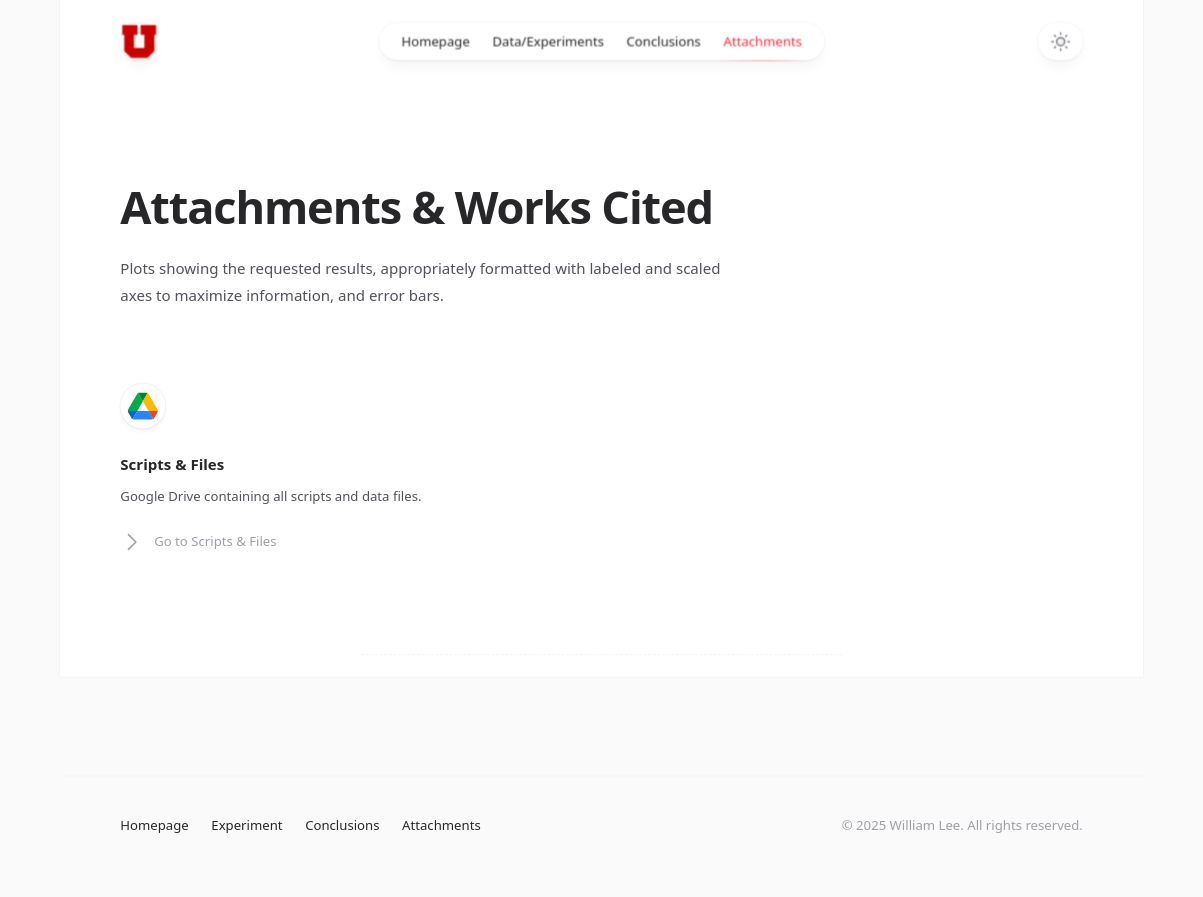
Repository: willwlee/chen3701
Page: /contact
These files come from the project's save history. The page is drawn as it stood at one moment and after a run of saves; the edit follows.
The browser window is 1280 px wide. The pictures show the whole page, at 94% of full size.
The page's requests for data from a server got no answer. The project was rebuilt for these pictures with package versions that can differ from the ones it lists, and the page was loaded fresh each time. The framework's server and built-in components were replaced by stand-ins that run in the browser. No one was signed in, and anything a server would have sent is missing. Also part of the build but not shown: next.config.mjs.

Above is the page before, as saved 2025-08-25 02:46:39.

### src/app/layout.tsx
import { type Metadata } from 'next'

import { Providers } from '@/app/providers'
import { Layout } from '@/components/Layout'

import '@/styles/tailwind.css'

export const metadata: Metadata = {
  title: {
    template: '%s - CH EN 3701',
    default:
      'Mon-8 CH EN 3701',
  },
  description:
    'I’m Sathya Tadinada, a software developer and college student based in Salt Lake City. I’m excited to grow my skills in the tech field and make a positive impact through my work.',
  alternates: {
    types: {
      'application/rss+xml': `${process.env.NEXT_PUBLIC_SITE_URL}/feed.xml`,
    },
  },
}

export default function RootLayout({
  children,
}: {
  children: React.ReactNode
}) {
  return (
    <html lang="en" className="h-full antialiased" suppressHydrationWarning>
      <meta name='theme-color'></meta>
      <body className="flex h-full bg-zinc-50 dark:bg-black">
        <Providers>
          <div className="flex w-full">
            <Layout>{children}</Layout>
          </div>
        </Providers>
      </body>
    </html>
  )
}

### src/app/contact/page.tsx
import { type Metadata } from 'next'
import Image from 'next/image'

import { Card } from '@/components/Card'
import { SimpleLayout } from '@/components/SimpleLayout'

import logoGithub from '@/images/logos/github.svg'
import logoX from '@/images/logos/x.svg'
import logoInstagram from '@/images/logos/instagram.svg'
import logoMastodon from '@/images/logos/mastodon.svg'

import logoDrive from '@/images/logos/drive.svg'

function DashedDivider({ padding }: { padding: number }) {
  if (padding === 0) {
    return (
      <ul className="grid grid-cols-1 sm:grid-cols-1 lg:grid-cols-1">
        <div className="border-dashed border-t border-zinc-100 dark:border-zinc-700/40 mt-8"></div>
      </ul>
    )
  } else if (padding === 4) {
    return (
      <ul className="grid grid-cols-4 sm:grid-cols-4 lg:grid-cols-4">
        <div></div>
        <div className="border-dashed border-t border-zinc-100 dark:border-zinc-700/40 mt-4"></div>
        <div className="border-dashed border-t border-zinc-100 dark:border-zinc-700/40 mt-4"></div>
        <div></div>
      </ul>
    )
  } else if (padding === 6) {
    return (
      <ul className="grid grid-cols-4 sm:grid-cols-4 lg:grid-cols-4">
        <div></div>
        <div className="border-dashed border-t border-zinc-100 dark:border-zinc-700/40 mt-6"></div>
        <div className="border-dashed border-t border-zinc-100 dark:border-zinc-700/40 mt-6"></div>
        <div></div>
      </ul>
    )
  } else if (padding === 8) {
    return (
      <ul className="grid grid-cols-4 sm:grid-cols-4 lg:grid-cols-4">
        <div></div>
        <div className="border-dashed border-t border-zinc-100 dark:border-zinc-700/40 mt-8"></div>
        <div className="border-dashed border-t border-zinc-100 dark:border-zinc-700/40 mt-8"></div>
        <div></div>
      </ul>
    )
  } else {
    return (
      <ul className="grid grid-cols-4 sm:grid-cols-4 lg:grid-cols-4">
        <div></div>
        <div className="border-dashed border-t border-zinc-100 dark:border-zinc-700/40 mt-12"></div>
        <div className="border-dashed border-t border-zinc-100 dark:border-zinc-700/40 mt-12"></div>
        <div></div>
      </ul>
    )
  }
}

function LinkIcon(props: React.ComponentPropsWithoutRef<'svg'>) {
  return (
    <svg viewBox="0 0 24 24" aria-hidden="true" {...props}>
      <path
        d="M15.712 11.823a.75.75 0 1 0 1.06 1.06l-1.06-1.06Zm-4.95 1.768a.75.75 0 0 0 1.06-1.06l-1.06 1.06Zm-2.475-1.414a.75.75 0 1 0-1.06-1.06l1.06 1.06Zm4.95-1.768a.75.75 0 1 0-1.06 1.06l1.06-1.06Zm3.359.53-.884.884 1.06 1.06.885-.883-1.061-1.06Zm-4.95-2.12 1.414-1.415L12 6.344l-1.415 1.413 1.061 1.061Zm0 3.535a2.5 2.5 0 0 1 0-3.536l-1.06-1.06a4 4 0 0 0 0 5.656l1.06-1.06Zm4.95-4.95a2.5 2.5 0 0 1 0 3.535L17.656 12a4 4 0 0 0 0-5.657l-1.06 1.06Zm1.06-1.06a4 4 0 0 0-5.656 0l1.06 1.06a2.5 2.5 0 0 1 3.536 0l1.06-1.06Zm-7.07 7.07.176.177 1.06-1.06-.176-.177-1.06 1.06Zm-3.183-.353.884-.884-1.06-1.06-.884.883 1.06 1.06Zm4.95 2.121-1.414 1.414 1.06 1.06 1.415-1.413-1.06-1.061Zm0-3.536a2.5 2.5 0 0 1 0 3.536l1.06 1.06a4 4 0 0 0 0-5.656l-1.06 1.06Zm-4.95 4.95a2.5 2.5 0 0 1 0-3.535L6.344 12a4 4 0 0 0 0 5.656l1.06-1.06Zm-1.06 1.06a4 4 0 0 0 5.657 0l-1.061-1.06a2.5 2.5 0 0 1-3.535 0l-1.061 1.06Zm7.07-7.07-.176-.177-1.06 1.06.176.178 1.06-1.061Z"
        fill="currentColor"
      />
    </svg>
  )
}

function ChevronRightIcon(props: React.ComponentPropsWithoutRef<'svg'>) {
  return (
    <svg fill="none" viewBox="0 0 24 24" strokeWidth="1.5" stroke="currentColor" {...props}>
      <path
        d="m 7.425 4.05 l 6.75 6.75 l -6.75 6.75"
        strokeLinejoin="round"
        strokeLinecap="round"
      />
    </svg>
  )
}

const googleDrive = [
  {
    name: 'Scripts & Files',
    description:
      'Google Drive containing all scripts and data files.',
    link: { href: 'google.com', label: 'Go to Scripts & Files', hover: 'Visit Drive' },
    logo: logoDrive,
  },
]


export const metadata: Metadata = {
  title: 'Contact',
  description:
    'Let’s stay in touch!',
}

export default function Contact() {
  return (
    <SimpleLayout
      title="Attachments & Works Cited"
      intro="Plots showing the requested results, appropriately formatted with labeled and scaled axes to maximize information, and error bars."
    >
      <div className="space-y-20">
        <ul
          role="list"
          className="grid grid-cols-1 gap-x-12 gap-y-16 sm:grid-cols-2 lg:grid-cols-2"
        >
          <ul
            role="list"
            className="grid gap-x-12 gap-y-16"
          >
            {googleDrive.map((contact) => (
              <Card as="li" key={contact.name}>
                <div className="relative z-10 flex h-12 w-12 items-center justify-center rounded-full bg-white shadow-md shadow-zinc-800/5 ring-1 ring-zinc-900/5 dark:border dark:border-zinc-700/50 dark:bg-zinc-800 dark:ring-0">
                  <Image
                    src={contact.logo}
                    alt=""
                    className="h-8 w-8"
                    unoptimized
                  />
                </div>
                <h2 className="mt-6 text-base font-semibold text-zinc-800 dark:text-zinc-100">
                  <Card.Link href={contact.link.href} target='_blank' rel='noreferrer'>{contact.name}</Card.Link>
                </h2>
                <Card.Description>{contact.description}</Card.Description>
                <p className="relative z-10 mt-6 flex text-sm font-medium text-zinc-400 transition group-hover:text-blue-500 dark:text-zinc-200">
                  <ChevronRightIcon className="block group-hover:hidden h-7 w-7 flex-auto" />
                  <LinkIcon className="hidden group-hover:block h-7 w-7 flex-auto" />

                  <span className="block group-hover:hidden ml-2">{contact.link.label}</span>
                  <span className="hidden group-hover:block ml-2">{contact.link.hover}</span>
                </p>
              </Card>
            ))}
          </ul>
        </ul>

        <DashedDivider padding={6} />
      </div>
    </SimpleLayout>
  )
}

### src/app/providers.tsx
'use client'

import { createContext, useEffect, useRef } from 'react'
import { usePathname } from 'next/navigation'
import { ThemeProvider, useTheme } from 'next-themes'

function usePrevious<T>(value: T): T | undefined {
  const ref = useRef<T | undefined>(undefined)

  useEffect(() => {
    ref.current = value
  }, [value])

  return ref.current
}

function ThemeWatcher() {
  let { resolvedTheme, setTheme } = useTheme()

  useEffect(() => {
    let media = window.matchMedia('(prefers-color-scheme: dark)')

    function onMediaChange() {
      let systemTheme = media.matches ? 'dark' : 'light'
      if (resolvedTheme === systemTheme) {
        setTheme('system')
      }
    }

    onMediaChange()
    media.addEventListener('change', onMediaChange)

    return () => {
      media.removeEventListener('change', onMediaChange)
    }
  }, [resolvedTheme, setTheme])

  return null
}

export const AppContext = createContext<{ previousPathname?: string }>({})

export function Providers({ children }: { children: React.ReactNode }) {
  let pathname = usePathname()
  let previousPathname = usePrevious(pathname)

  return (
    <AppContext.Provider value={{ previousPathname }}>
      <ThemeProvider attribute="class" disableTransitionOnChange>
        <ThemeWatcher />
        {children}
      </ThemeProvider>
    </AppContext.Provider>
  )
}

### src/styles/tailwind.css
@config "../../tailwind.config.ts";
@plugin "@tailwindcss/typography";
@import 'tailwindcss';

@layer utilities {
  /* Hide scrollbar but keep scrolling */
  .no-scrollbar {
    -ms-overflow-style: none; /* IE/old Edge */
    scrollbar-width: none; /* Firefox */
  }
  .no-scrollbar::-webkit-scrollbar {
    display: none; /* Chrome/Safari/Opera */
  }
}

html {
  scroll-behavior: smooth;
}

### src/components/Card.tsx
import Link from 'next/link'
import clsx from 'clsx'

function ChevronRightIcon(props: React.ComponentPropsWithoutRef<'svg'>) {
  return (
    <svg viewBox="0 0 16 16" fill="none" aria-hidden="true" {...props}>
      <path
        d="M6.75 5.75 9.25 8l-2.5 2.25"
        strokeWidth="1.5"
        strokeLinecap="round"
        strokeLinejoin="round"
      />
    </svg>
  )
}

export function Card<T extends React.ElementType = 'div'>({
  as,
  className,
  children,
}: Omit<React.ComponentPropsWithoutRef<T>, 'as' | 'className'> & {
  as?: T
  className?: string
}) {
  let Component = as ?? 'div'

  return (
    <Component
      className={clsx(className, 'group relative flex flex-col items-start')}
    >
      {children}
    </Component>
  )
}

Card.Link = function CardLink({
  children,
  ...props
}: React.ComponentPropsWithoutRef<typeof Link>) {
  return (
    <>
      <div className="absolute -inset-x-4 -inset-y-6 z-0 scale-95 bg-zinc-50 opacity-0 transition group-hover:scale-100 group-hover:opacity-100 sm:-inset-x-6 sm:rounded-2xl dark:bg-zinc-800/50" />
      <Link {...props}>
        <span className="absolute -inset-x-4 -inset-y-6 z-20 sm:-inset-x-6 sm:rounded-2xl" />
        <span className="relative z-10">{children}</span>
      </Link>
    </>
  )
}

Card.Title = function CardTitle<T extends React.ElementType = 'h2'>({
  as,
  href,
  children,
}: Omit<React.ComponentPropsWithoutRef<T>, 'as' | 'href'> & {
  as?: T
  href?: string
}) {
  const Component = as ?? 'h2'
  return (
    <Component
      className="
        m-0 text-base font-semibold tracking-tight text-zinc-800 dark:text-zinc-100
        [&>a]:no-underline [&>a]:text-inherit
      "
    >
      {href ? <Card.Link href={href}>{children}</Card.Link> : children}
    </Component>
  )
}

Card.Description = function CardDescription({
  children,
}: {
  children: React.ReactNode
}) {
  return (
    <p className="relative z-10 mt-2 text-sm text-zinc-600 dark:text-zinc-400">
      {children}
    </p>
  )
}

Card.Cta = function CardCta({ children }: { children: React.ReactNode }) {
  return (
    <div
      aria-hidden="true"
      className="relative z-10 mt-4 flex items-center text-sm font-medium text-blue-500"
    >
      {children}
      <ChevronRightIcon className="ml-1 h-4 w-4 stroke-current" />
    </div>
  )
}

Card.Eyebrow = function CardEyebrow<T extends React.ElementType = 'p'>({
  as,
  decorate = false,
  className,
  children,
  ...props
}: Omit<React.ComponentPropsWithoutRef<T>, 'as' | 'decorate'> & {
  as?: T
  decorate?: boolean
}) {
  let Component = as ?? 'p'

  return (
    <Component
      className={clsx(
        className,
        'relative z-10 order-first mb-3 flex items-center text-sm text-zinc-400 dark:text-zinc-500',
        decorate && 'pl-3.5',
      )}
      {...props}
    >
      {decorate && (
        <span
          className="absolute inset-y-0 left-0 flex items-center"
          aria-hidden="true"
        >
          <span className="h-4 w-0.5 rounded-full bg-zinc-200 dark:bg-zinc-500" />
        </span>
      )}
      {children}
    </Component>
  )
}

### src/components/SimpleLayout.tsx
import { Container } from '@/components/Container'

export function SimpleLayout({
  title,
  intro,
  children,
  gapClass = 'mt-16 sm:mt-20',
}: {
  title: string
  intro: string
  children?: React.ReactNode
  gapClass?: string
}) {
  return (
    <Container className="mt-16 sm:mt-32">
      <header className="max-w-2xl">
        <h1 className="text-4xl font-bold tracking-tight text-zinc-800 sm:text-5xl dark:text-zinc-100">
          {title}
        </h1>
        <p className="mt-6 text-base text-zinc-600 dark:text-zinc-400">
          {intro}
        </p>
      </header>
      {children && <div className={gapClass}>{children}</div>}
    </Container>
  )
}

### src/components/Footer.tsx
import Link from 'next/link'

import { ContainerInner, ContainerOuter } from '@/components/Container'

function NavLink({
  href,
  children,
}: {
  href: string
  children: React.ReactNode
}) {
  return (
    <Link
      href={href}
      className="transition hover:text-blue-500 dark:hover:text-blue-400"
    >
      {children}
    </Link>
  )
}

export function Footer() {
  return (
    <footer className="mt-32 flex-none">
      <ContainerOuter>
        <div className="border-t border-zinc-100 pb-16 pt-10 dark:border-zinc-700/40">
          <ContainerInner>
            <div className="flex flex-col items-center justify-between gap-6 sm:flex-row">
              <div className="flex flex-wrap justify-center gap-x-6 gap-y-1 text-sm font-medium text-zinc-800 dark:text-zinc-200">
                <NavLink href="/about">Homepage</NavLink>
                <NavLink href="/projects">Experiment</NavLink>
                {/* <NavLink href="/speaking">Research</NavLink> */}
                <NavLink href="/blog">Conclusions</NavLink>
                <NavLink href="/contact">Attachments</NavLink>
              </div>
              <p className="text-sm text-zinc-400 dark:text-zinc-500">
                <a href="mailto:sathya@tadinada.com" target='_blank' rel='noreferrer'>&copy; {new Date().getFullYear()} William Lee. All rights reserved.</a>
              </p>
            </div>
          </ContainerInner>
        </div>
      </ContainerOuter>
    </footer>
  )
}

### src/components/Container.tsx
import { forwardRef } from 'react'
import clsx from 'clsx'

export const ContainerOuter = forwardRef<
  React.ElementRef<'div'>,
  React.ComponentPropsWithoutRef<'div'>
>(function OuterContainer({ className, children, ...props }, ref) {
  return (
    <div ref={ref} className={clsx('sm:px-8', className)} {...props}>
      <div className="mx-auto w-full max-w-7xl lg:px-8">{children}</div>
    </div>
  )
})

export const ContainerInner = forwardRef<
  React.ElementRef<'div'>,
  React.ComponentPropsWithoutRef<'div'>
>(function InnerContainer({ className, children, ...props }, ref) {
  return (
    <div
      ref={ref}
      className={clsx('relative px-4 sm:px-8 lg:px-12', className)}
      {...props}
    >
      <div className="mx-auto max-w-2xl lg:max-w-5xl">{children}</div>
    </div>
  )
})

export const Container = forwardRef<
  React.ElementRef<typeof ContainerOuter>,
  React.ComponentPropsWithoutRef<typeof ContainerOuter>
>(function Container({ children, ...props }, ref) {
  return (
    <ContainerOuter ref={ref} {...props}>
      <ContainerInner>{children}</ContainerInner>
    </ContainerOuter>
  )
})

Loaded but not shown: src/components/Layout.tsx (common file); src/components/Header.tsx (473 lines, source omitted); tailwind.config.ts (194 lines, source omitted)

After the next 2 saves:
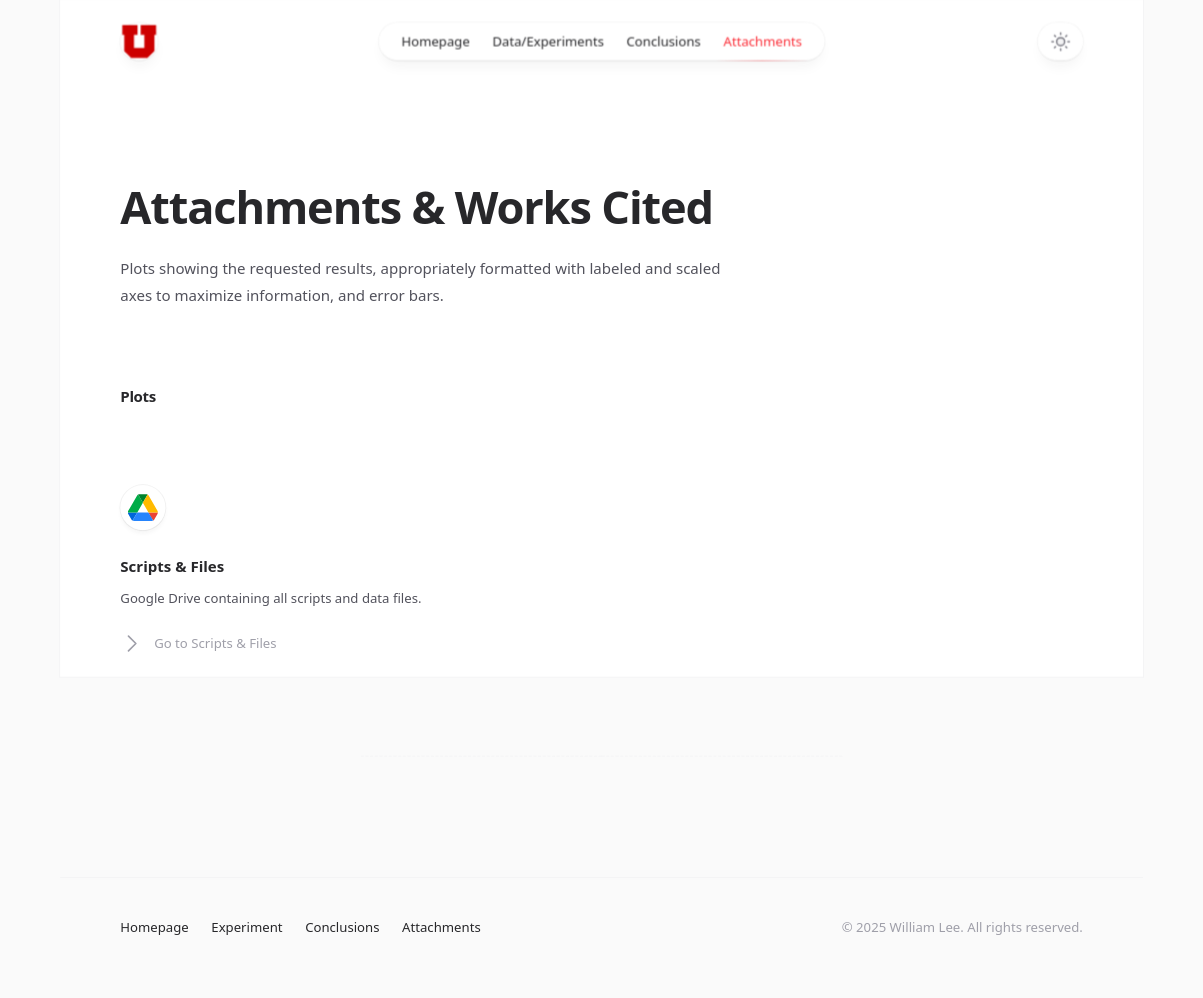
The 2 saves are shown as one change because 1 did not build or start.
The last was saved 2 min 8 s later.
--- a/src/app/contact/page.tsx
+++ b/src/app/contact/page.tsx
@@ -104,38 +104,35 @@ export default function Contact() {
       intro="Plots showing the requested results, appropriately formatted with labeled and scaled axes to maximize information, and error bars."
     >
       <div className="space-y-20">
+        <h3 className="text-base font-semibold tracking-tight text-zinc-800 dark:text-zinc-100">
+          Plots
+        </h3>
         <ul
           role="list"
-          className="grid grid-cols-1 gap-x-12 gap-y-16 sm:grid-cols-2 lg:grid-cols-2"
+          className="grid gap-x-12 gap-y-16"
         >
-          <ul
-            role="list"
-            className="grid gap-x-12 gap-y-16"
-          >
-            {googleDrive.map((contact) => (
-              <Card as="li" key={contact.name}>
-                <div className="relative z-10 flex h-12 w-12 items-center justify-center rounded-full bg-white shadow-md shadow-zinc-800/5 ring-1 ring-zinc-900/5 dark:border dark:border-zinc-700/50 dark:bg-zinc-800 dark:ring-0">
-                  <Image
-                    src={contact.logo}
-                    alt=""
-                    className="h-8 w-8"
-                    unoptimized
-                  />
-                </div>
-                <h2 className="mt-6 text-base font-semibold text-zinc-800 dark:text-zinc-100">
-                  <Card.Link href={contact.link.href} target='_blank' rel='noreferrer'>{contact.name}</Card.Link>
-                </h2>
-                <Card.Description>{contact.description}</Card.Description>
-                <p className="relative z-10 mt-6 flex text-sm font-medium text-zinc-400 transition group-hover:text-blue-500 dark:text-zinc-200">
-                  <ChevronRightIcon className="block group-hover:hidden h-7 w-7 flex-auto" />
-                  <LinkIcon className="hidden group-hover:block h-7 w-7 flex-auto" />
+        {googleDrive.map((contact) => (
+        <Card as="li" key={contact.name}>
+        <div className="relative z-10 flex h-12 w-12 items-center justify-center rounded-full bg-white shadow-md shadow-zinc-800/5 ring-1 ring-zinc-900/5 dark:border dark:border-zinc-700/50 dark:bg-zinc-800 dark:ring-0">          <Image
+          src={contact.logo}
+          alt=""
+          className="h-8 w-8"
+          unoptimized
+        />
+      </div>
+      <h2 className="mt-6 text-base font-semibold text-zinc-800 dark:text-zinc-100">
+        <Card.Link href={contact.link.href} target='_blank' rel='noreferrer'>{contact.name}</Card.Link>
+      </h2>
+      <Card.Description>{contact.description}</Card.Description>
+      <p className="relative z-10 mt-6 flex text-sm font-medium text-zinc-400 transition group-hover:text-blue-500 dark:text-zinc-200">
+        <ChevronRightIcon className="block group-hover:hidden h-7 w-7 flex-auto" />
+        <LinkIcon className="hidden group-hover:block h-7 w-7 flex-auto" />
+        <span className="block group-hover:hidden ml-2">{contact.link.label}</span>
+        <span className="hidden group-hover:block ml-2">{contact.link.hover}</span>
+      </p>
+    </Card>
+  ))}
 
-                  <span className="block group-hover:hidden ml-2">{contact.link.label}</span>
-                  <span className="hidden group-hover:block ml-2">{contact.link.hover}</span>
-                </p>
-              </Card>
-            ))}
-          </ul>
         </ul>
 
         <DashedDivider padding={6} />
